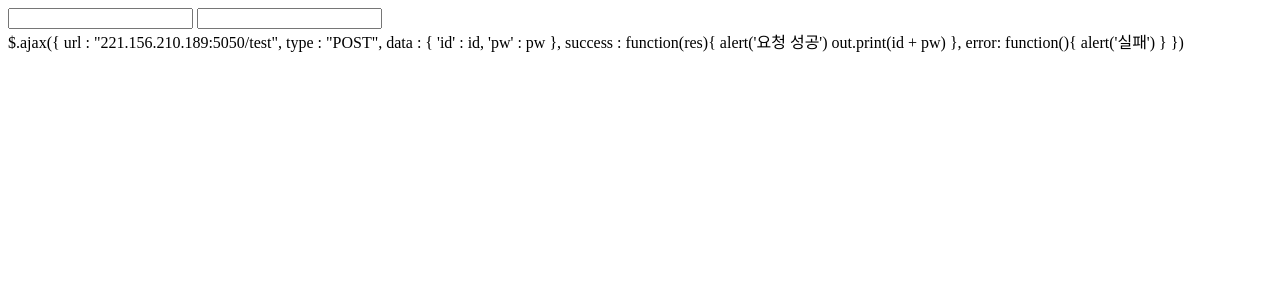
Repository: kkimchaerin/ibeojo
Page: http://localhost/test/test.jsp
An editor plug-in stored every save of this project. The page is shown before and after the next save, followed by the edit.
The browser window is 1280 px wide. The pictures show the whole page.
The page is served by Tomcat 9.

Above is the page before, as saved 2024-06-23 10:47:11.

After the next save:
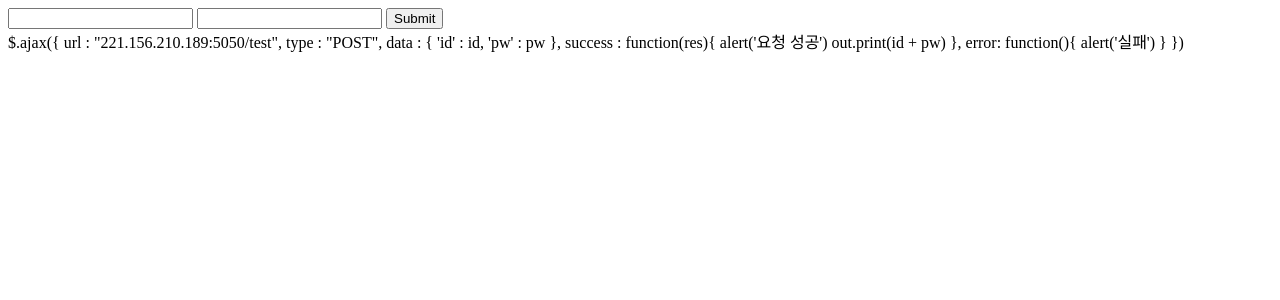
Saved 38 s later.
--- a/test/src/main/webapp/test.jsp
+++ b/test/src/main/webapp/test.jsp
@@ -11,6 +11,7 @@
 <form action="Testcon">
 <input type = "text" name = 'id'>
 <input type = "text" name = "pw">
+<input type = 'submit'>
 </form>
 
 $.ajax({
